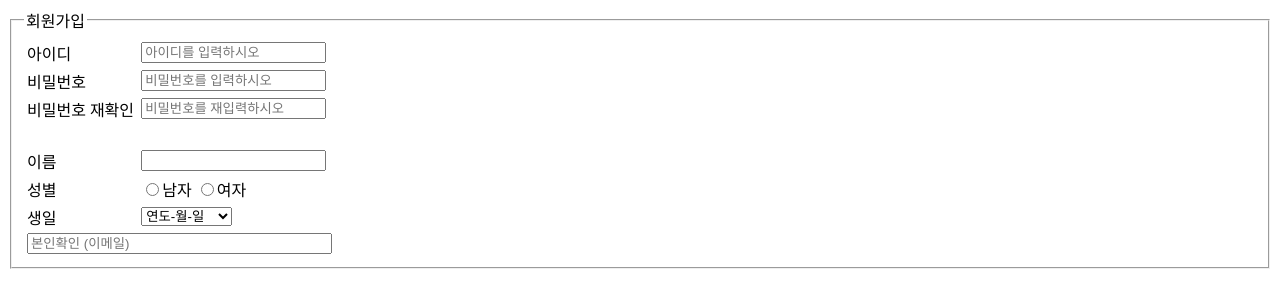
Repository: Scoobi-wisdoom/web
Page: d011/web/register.html
The author's editor kept a copy of each file at every save. The page is drawn from the files as they stood at one save, then again after the next save.
The browser window is 1280 px wide. The pictures show the whole page.

Above is the page before, as saved 2020-08-05 08:43:07.

### d011/web/register.html
<!DOCTYPE html>
<html>
<head>
<meta charset="EUC-KR">
<title>회원 가입</title>
</head>
<body>
<form action="register" method="GET">
	<fieldset>
		<legend>회원가입</legend>
		<table>
			<tr>
				<td>
					아이디
				</td>
				<td>
					<input type="text" name="id" size="20" placeholder="아이디를 입력하시오">
				</td>
			</tr>
			<tr>
				<td>
					비밀번호
				</td>
				<td>
					<input type="password" name="pwd" size="20" placeholder="비밀번호를 입력하시오">
				</td>
			</tr>
			<tr>
				<td>
					비밀번호 재확인
				</td>
				<td>
					<input type="password" name="rpwd" size="20" placeholder="비밀번호를 재입력하시오">
				</td>
			</tr>
				<td>
					<br>
				</td>
			<tr>
			</tr>
			<tr>
				<td>
					이름
				</td>
				<td>
					<input type="text" name="name">
				</td>
			</tr>
			<tr>
				<td>
					성별
				</td>
				<td>
					<input type="radio" name="r1" value="man">남자
					<input type="radio" name="r1" value="woman">여자
				</td>
			</tr>
			<tr>
				<td>
					생일
				</td>
				<td>
					<select name="ss">
						<option value="" disabled selected>연도-월-일</option>
						<option value="1990-01-01">1990-01-01</option>
						<option value="2000-01-01">2000-01-01</option>
					</select>
			</tr>
			<tr>
				<td colspan="2">
					<input type="text" name="email" placeholder="본인확인 (이메일)" size="35">
				</td>
			</tr>


		</table>
	</fieldset>
</form>
</body>
</html>

After the next save:
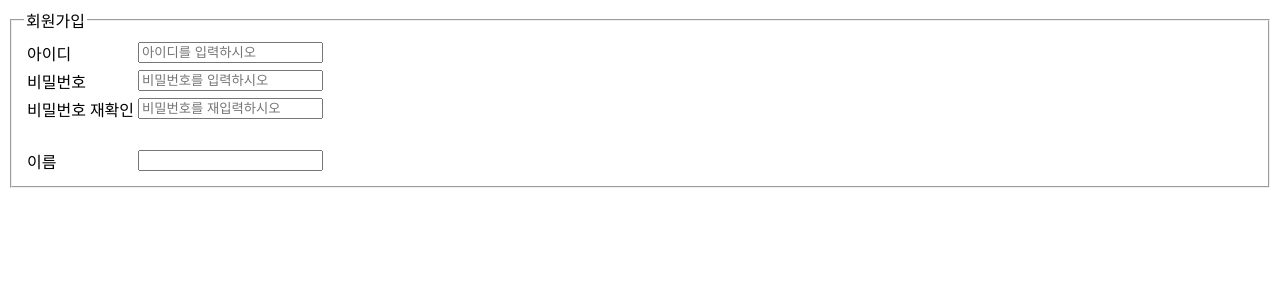
Saved 112 s later.
--- a/d011/web/register.html
+++ b/d011/web/register.html
@@ -46,31 +46,6 @@
 					<input type="text" name="name">
 				</td>
 			</tr>
-			<tr>
-				<td>
-					성별
-				</td>
-				<td>
-					<input type="radio" name="r1" value="man">남자
-					<input type="radio" name="r1" value="woman">여자
-				</td>
-			</tr>
-			<tr>
-				<td>
-					생일
-				</td>
-				<td>
-					<select name="ss">
-						<option value="" disabled selected>연도-월-일</option>
-						<option value="1990-01-01">1990-01-01</option>
-						<option value="2000-01-01">2000-01-01</option>
-					</select>
-			</tr>
-			<tr>
-				<td colspan="2">
-					<input type="text" name="email" placeholder="본인확인 (이메일)" size="35">
-				</td>
-			</tr>
 
 
 		</table>
